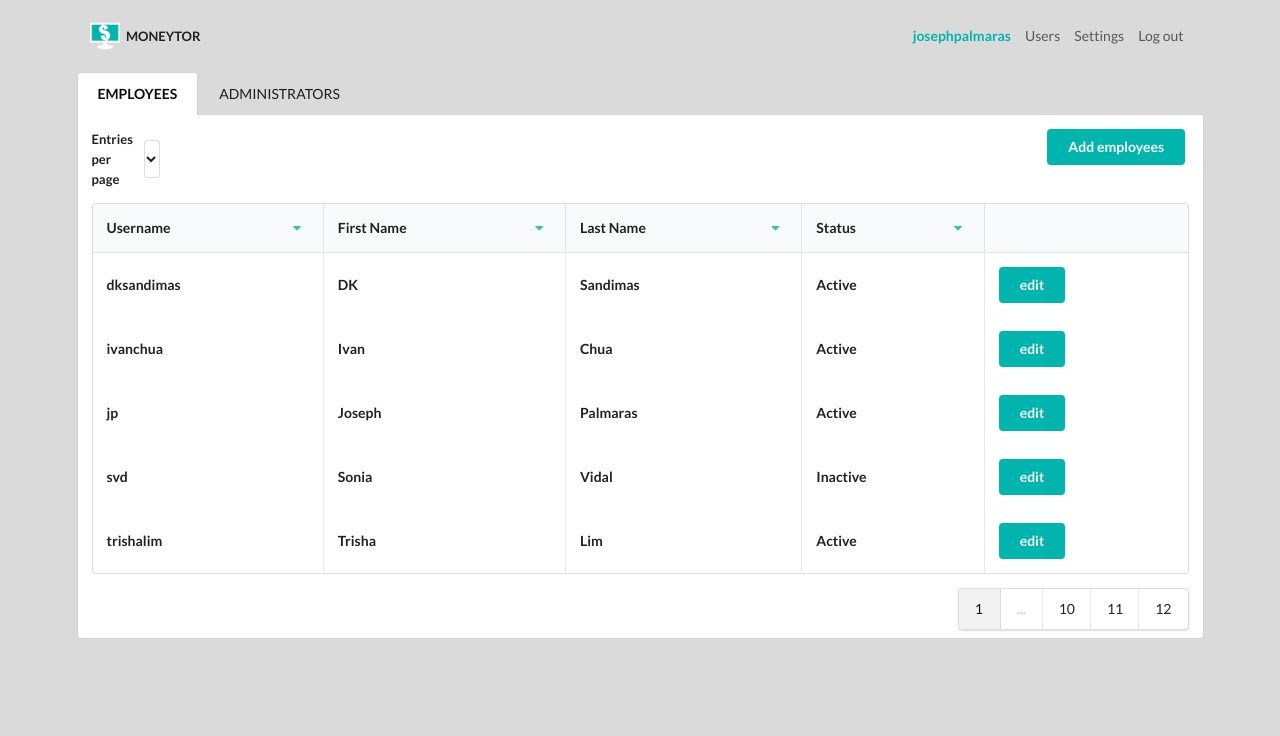
Repository: TV5/MoneyTor
Page: Workspace/MoneyTor/war/users.html
An editor plug-in stored every save of this project. The page is shown before and after the next save, followed by the edit.
The browser window is 1280 px wide. The pictures show the whole page.

Above is the page before, as saved 2015-10-08 05:47:35.

### Workspace/MoneyTor/war/users.html
<!DOCTYPE html>
<html>
<head>
<!-- Standard Meta -->
<meta charset="utf-8" />
<meta http-equiv="X-UA-Compatible" content="IE=edge,chrome=1" />
<meta name="viewport"
	content="width=device-width, initial-scale=1.0, maximum-scale=1.0">

<!-- Site Properities -->
<title>User Management</title>
<link rel="stylesheet" type="text/css" href="../dist/semantic.css">
<link rel="stylesheet" type="text/css" href="../dist/semantic.min.css">
<script src="assets/library/jquery.min.js"></script>
<script src="../dist/components/form.js"></script>
<script src="../dist/components/transition.js"></script>
<script src="../dist/components/tab.min.js"></script>
<script src="../dist/components/modal.min.js"></script>
<script src="../dist/components/dimmer.min.js"></script>
<script src="../dist/components/transition.min.js"></script>

<style type="text/css">
body {
	background-color: #DADADA;
}

body>.grid {
	height: 100%;
}

.image {
	margin-top: -100px;
}

.column {
	max-width: 450px;
}

.firstmenu {
	padding-left: 20px;
	padding-right: 20px;
	padding-top: 0px;
}

a {
	color: #00b5ad;
}

.link {
	color: #00b5ad !important;
}
  </style>
</head>
<body>

<div class="ui container">
	<div class="ui text menu firstmenu" width="100%">
	  <img src="assets/images/logo.png" style="width:30px;height:30px;margin-top:5px">
	  <div class="header item">MONEYTOR </div>


	  <div class="right menu">
	   <a class="item link">
	     <b>josephpalmaras</b>
	   </a>
	   <a class="item">
	     Users
	   </a>
	   <a id="settingsLink" class="item">
	     Settings
	   </a>
	   <a id="logoutLink" class="ui item">
	      Log out
	    </a>
	  </div>
	</div>
	<div class="ui top attached tabular menu">
	  <a data-tab="employeesTab" class="item active" >
	    EMPLOYEES
	  </a>
	  <a data-tab="administratorsTab" class="item">
	    ADMINISTRATORS
	  </a>
	</div>


		<div class="ui bottom attached tab segment active" data-tab="employeesTab" style="padding-bottom:50px">
			<div class="ui form ">
		  	<div class="inline fields" style="float:left">
		    <div class="wide field">
		      <label>Entries per page</label>
	      	  <select class="ui dropdown">
			  <option value="5">5</option>
			  <option value="10">10</option>
			  <option value="30">30</option>
			  <option value="100">100</option>
			  </select>
		    </div>

		    </div>
		    <div class="three wide feild" style="float:right">
			    <button class="ui button teal" id="addemployeeBtn">Add employees</button>
		    </div>
		  </div>
			<table class="ui celled padded table">
				<thead>
					<tr>
						<th>Username <i class="dropdown icon link"
							style="float: right"></i></th>
						<th>First Name <i class="dropdown icon link"
							style="float: right"></i></th>
						<th>Last Name <i class="dropdown icon link"
							style="float: right"></i></th>
						<th>Status <i class="dropdown icon link"
							style="float: right"></i></th>
						<th></th>
					</tr>
				</thead>
				<tbody>
					<tr>
						<th>dksandimas</th>
						<th>DK</th>
						<th>Sandimas</th>
						<th>Active</th>
						<th><button class="ui button teal" id="editemployeeBtn">edit</button></th>
					</tr>
					<tr>
						<th>ivanchua</th>
						<th>Ivan</th>
						<th>Chua</th>
						<th>Active</th>
						<th><button class="ui button teal" id="editemployeeBtn">edit</button></th>
					</tr>
					<tr>
						<th>jp</th>
						<th>Joseph</th>
						<th>Palmaras</th>
						<th>Active</th>
						<th><button class="ui button teal" id="editemployeeBtn">edit</button></th>
					</tr>
					<tr>
						<th>svd</th>
						<th>Sonia</th>
						<th>Vidal</th>
						<th>Inactive</th>
						<th><button class="ui button teal" id="editemployeeBtn">edit</button></th>
					</tr>
					<tr>
						<th>trishalim</th>
						<th>Trisha</th>
						<th>Lim</th>
						<th>Active</th>
						<th><button class="ui button teal" id="editemployeeBtn">edit</button></th>
					</tr>
				</tbody>
			</table>

			<div class="ui pagination menu right" style="float:right">
			  <a class="active item">
			    1
			  </a>
			  <div class="disabled item">
			    ...
			  </div>
			  <a class="item">
			    10
			  </a>
			  <a class="item">
			    11
			  </a>
			  <a class="item">
			    12
			  </a>
			</div>
		</div>
		<div class="ui bottom attached tab segment" data-tab="administratorsTab" style="padding-bottom:50px">
			<div class="ui form ">
		  	<div class="inline fields" style="float:left">
		    <div class="eleven wide field">
		      <label>Entries per page</label>
	      	  <select class="ui dropdown">
			  <option value="5">5</option>
			  <option value="10">10</option>
			  <option value="30">30</option>
			  <option value="100">100</option>
			  </select>
		    </div>

		    </div>
		    <div class="three wide feild" style="float:right">
			    <button class="ui button teal" id="addadministratorBtn">Add administrators</button>
		    </div>
		  </div>
			<table class="ui celled padded table">
				<thead>
					<tr>
						<th>Username <i class="dropdown icon link"
							style="float: right"></i></th>
						<th>First Name <i class="dropdown icon link"
							style="float: right"></i></th>
						<th>Last Name <i class="dropdown icon link"
							style="float: right"></i></th>
						<th></th>
					</tr>
				</thead>
				<tbody>
					<tr>
						<th>dksandimas</th>
						<th>DK</th>
						<th>Sandimas</th>
						<th><button class="ui button teal" id="editadministratorBtn">edit</button></th>
					</tr>
					<tr>
						<th>ivanchua</th>
						<th>Ivan</th>
						<th>Chua</th>
						<th><button class="ui button teal" id="editadministratorBtn">edit</button></th>
					</tr>
					<tr>
						<th>jp</th>
						<th>Joseph</th>
						<th>Palmaras</th>
						<th><button class="ui button teal" id="editadministratorBtn">edit</button></th>
					</tr>

				</tbody>
			</table>

			<div class="ui pagination menu right" style="float: right">
				<a class="active item"> 1 </a>
				<div class="disabled item">...</div>
				<a class="item"> 10 </a> <a class="item"> 11 </a> <a class="item">
					12 </a>
			</div>
		</div>
	</div>


		<!-- employee INFORMATION  -->
		<div id="addemployee" class="ui modal">
			<div class="header">Employee</div>
			<div class="content">
				<form class="ui form">

					<div class="inline fields">
						<div class="two wide field">
							<label>First Name</label>
						</div>
						<div class="seven wide field">
							<input type="text">
						</div>
					</div>

					<div class="inline fields">
						<div class="two wide field">
							<label>Last Name</label>
						</div>
						<div class="seven wide field">
							<input type="text">
						</div>
					</div>

					<div class="inline fields">
						<div class="two wide field">
							<label>Username</label>
						</div>
						<div class="seven wide field">
							<input type="text">
						</div>
					</div>

					<div class="inline fields">
						<div class="two wide field">
							<label>Password</label>
						</div>
						<div class="seven wide field">
							<input type="number">
						</div>
					</div>

					<div class="inline fields">
						<div class="two wide field">
							<label>Confirm Password</label>
						</div>
						<div class="seven wide field">
							<input type="number">
						</div>
					</div>
				</form>
			</div>
			<div class="actions">
				<div class="ui approve button">Save</div>
				<div class="ui button">Add More</div>
				<div class="ui cancel button">Cancel</div>
			</div>
		</div>

		<!-- administrator INFORMATION  -->
		<div id="addadministrator" class="ui modal">
			<div class="header">Administrator</div>
			<div class="content">
				<form class="ui form">

					<div class="inline fields">
						<div class="two wide field">
							<label>First Name</label>
						</div>
						<div class="seven wide field">
							<input type="text">
						</div>
					</div>

					<div class="inline fields">
						<div class="two wide field">
							<label>Last Name</label>
						</div>
						<div class="seven wide field">
							<input type="text">
						</div>
					</div>

					<div class="inline fields">
						<div class="two wide field">
							<label>Username</label>
						</div>
						<div class="seven wide field">
							<input type="text">
						</div>
					</div>

					<div class="inline fields">
						<div class="two wide field">
							<label>Password</label>
						</div>
						<div class="seven wide field">
							<input type="number">
						</div>
					</div>

					<div class="inline fields">
						<div class="two wide field">
							<label>Confirm Password</label>
						</div>
						<div class="seven wide field">
							<input type="number">
						</div>
					</div>
				</form>
			</div>
			<div class="actions">
				<div class="ui approve button">Save</div>
				<div class="ui button">Add More</div>
				<div class="ui cancel button">Cancel</div>
			</div>
		</div>

<!-- edit employee INFORMATION  -->
		<div id="editemployee" class="ui modal">
			<div class="header">employee</div>
			<div class="content">
				<form class="ui form">

					<div class="inline fields">
						<div class="two wide field">
							<label>First Name</label>
						</div>
						<div class="seven wide field">
							<input type="text" value="Trisha">
						</div>
					</div>

					<div class="inline fields">
						<div class="two wide field">
							<label>Last Name</label>
						</div>
						<div class="seven wide field">
							<input type="text" value="Lim">
						</div>
					</div>

					<div class="inline fields">
						<div class="two wide field">
							<label>Username</label>
						</div>
						<div class="seven wide field">
							<input type="text" value="trishalim">
						</div>
					</div>

					<div class="inline fields">
						<div class="two wide field">
							<label>Password</label>
						</div>
						<div class="seven wide field">
							<input type="number" value="*******">
						</div>
					</div>

					<div class="inline fields">
						<div class="two wide field">
							<label>Confirm Password</label>
						</div>
						<div class="seven wide field">
							<input type="number">
						</div>
					</div>
				</form>
			</div>
			<div class="actions">
				<div class="ui approve button">Save</div>
				<div class="ui button">Change Status</div>
				<div class="ui cancel button">Cancel</div>
			</div>
		</div>

		<!-- edit administrator INFORMATION  -->
		<div id="editadministrator" class="ui modal">
			<div class="header">Administrator</div>
			<div class="content">
				<form class="ui form">

					<div class="inline fields">
						<div class="two wide field">
							<label>First Name</label>
						</div>
						<div class="seven wide field">
							<input type="text" value="Trisha">
						</div>
					</div>

					<div class="inline fields">
						<div class="two wide field">
							<label>Last Name</label>
						</div>
						<div class="seven wide field">
							<input type="text" value="Lim">
						</div>
					</div>

					<div class="inline fields">
						<div class="two wide field">
							<label>Username</label>
						</div>
						<div class="seven wide field">
							<input type="text" value="trishalim">
						</div>
					</div>

					<div class="inline fields">
						<div class="two wide field">
							<label>Password</label>
						</div>
						<div class="seven wide field">
							<input type="number" value="*******">
						</div>
					</div>

					<div class="inline fields">
						<div class="two wide field">
							<label>Confirm Password</label>
						</div>
						<div class="seven wide field">
							<input type="number">
						</div>
					</div>
				</form>
			</div>
			<div class="actions">
				<div class="ui approve button">Save</div>
				<div class="ui button">Change Status</div>
				<div class="ui cancel button">Cancel</div>
			</div>
		</div>

		<div id="logout" class="ui small test modal transition"
			style="margin-top: -92.5px;">
			<div class="header">Log out</div>
			<div class="content">
				<p>Are you sure you want to log out of your account</p>
			</div>
			<div class="actions">
				<div class="ui negative button">No</div>
				<div class="ui positive right labeled icon button">
					Yes <i class="checkmark icon"></i>
				</div>
			</div>
		</div>

</div>

<!-- RECEIVABLE INFORMATION -->
<div id="addReceivable" class="ui modal">
  <div class="header">Account Receivable</div>
  <div class="content">
    <form class="ui form">

    	<div class="inline fields">
		    <div class="two wide field">
		      <label>administrator Name</label>
		    </div>
		    <div class="fourteen wide field">
		      <input type="text">
		    </div>
		</div>

    	<div class="inline fields">
		    <div class="two wide field">
		      <label>Official Receipt Number</label>
		    </div>
		    <div class="fourteen wide field">
		      <input type="text">
		    </div>
		</div>

		<div class="inline fields">
		    <div class="two wide field">
		      <label>Amount</label>
		    </div>
		    <div class="fourteen wide field">
		      <input type="number">
		    </div>
		</div>

		<div class="inline fields">
		    <div class="two wide field">
		      <label>Transaction Date</label>
		    </div>
		    <div class="fourteen wide field">
		      <input type="date">
		    </div>
		</div>

		<div class="inline fields">
		    <div class="two wide field">
		      <label>Due Date</label>
		    </div>
		    <div class="fourteen wide field">
		      <input type="date">
		    </div>
		</div>


    </form>
  </div>
  <div class="actions">
    <div class="ui approve button teal">Save</div>
    <div class="ui button teal">Add More</div>
    <div class="ui cancel button teal">Cancel</div>
  </div>
</div>

<!-- PAYABLE INFORMATION -->
<div id="addPayable" class="ui modal">
  <div class="header">Account Payable</div>
  <div class="content">
    <form class="ui form">

    	<div class="inline fields">
		    <div class="two wide field">
		      <label>Employee Name</label>
		    </div>
		    <div class="fourteen wide field">
		      <input type="text">
		    </div>
		</div>

    	<div class="inline fields">
		    <div class="two wide field">
		      <label>Official Receipt Number</label>
		    </div>
		    <div class="fourteen wide field">
		      <input type="text">
		    </div>
		</div>

		<div class="inline fields">
		    <div class="two wide field">
		      <label>Amount</label>
		    </div>
		    <div class="fourteen wide field">
		      <input type="number">
		    </div>
		</div>

		<div class="inline fields">
		    <div class="two wide field">
		      <label>Transaction Date</label>
		    </div>
		    <div class="fourteen wide field">
		      <input type="date">
		    </div>
		</div>

		<div class="inline fields">
		    <div class="two wide field">
		      <label>Due Date</label>
		    </div>
		    <div class="fourteen wide field">
		      <input type="date">
		    </div>
		</div>


    </form>
  </div>
  <div class="actions">
    <div class="ui approve button teal">Save</div>
    <div class="ui button teal">Add More</div>
    <div class="ui cancel button teal">Cancel</div>
  </div>
</div>


<!-- employee INFORMATION  -->
<div id="addemployee" class="ui modal">
  <div class="header">Employee</div>
  <div class="content">
    <form class="ui form">

    	<div class="inline fields">
		    <div class="two wide field">
		      <label>Name</label>
		    </div>
		    <div class="fourteen wide field">
		      <input type="text">
		    </div>
		</div>

    	<div class="inline fields">
		    <div class="two wide field">
		      <label>Address</label>
		    </div>
		    <div class="fourteen wide field">
		      <input type="text">
		    </div>
		</div>

    	<div class="inline fields">
		    <div class="two wide field">
		      <label>Contact Number</label>
		    </div>
		    <div class="fourteen wide field">
		      <input type="text">
		    </div>
		</div>

    	<div class="inline fields">
		    <div class="two wide field">
		      <label>Terms</label>
		    </div>
		    <div class="seven wide field">
		      <input type="number">
		    </div>
		    <div class="seven wide field">
		      <select class="ui fluid dropdown">
    			<option value="">days</option>
    			<option value="">weeks</option>
    			<option value="">months</option>
    			<option value="">years</option>
    		  </select>
		    </div>
		</div>

    </form>
  </div>
  <div class="actions">
    <div class="ui approve button">Save</div>
    <div class="ui button">Add More</div>
    <div class="ui cancel button">Cancel</div>
  </div>
</div>

<!-- administrator INFORMATION  -->
<div id="addadministrator" class="ui modal">
  <div class="header">Administrator</div>
  <div class="content">
    <form class="ui form">

    	<div class="inline fields">
		    <div class="two wide field">
		      <label>Name</label>
		    </div>
		    <div class="fourteen wide field">
		      <input type="text">
		    </div>
		</div>

    	<div class="inline fields">
		    <div class="two wide field">
		      <label>Address</label>
		    </div>
		    <div class="fourteen wide field">
		      <input type="text">
		    </div>
		</div>

    	<div class="inline fields">
		    <div class="two wide field">
		      <label>Contact Number</label>
		    </div>
		    <div class="fourteen wide field">
		      <input type="text">
		    </div>
		</div>

    	<div class="inline fields">
		    <div class="two wide field">
		      <label>Terms</label>
		    </div>
		    <div class="seven wide field">
		      <input type="number">
		    </div>
		    <div class="seven wide field">
		      <select class="ui fluid dropdown">
    			<option value="">days</option>
    			<option value="">weeks</option>
    			<option value="">months</option>
    			<option value="">years</option>
    		  </select>
		    </div>
		</div>

    </form>
  </div>
  <div class="actions">
    <div class="ui approve button">Save</div>
    <div class="ui button">Add More</div>
    <div class="ui cancel button">Cancel</div>
  </div>
</div>
<div id="userSettings" class="ui modal">
  <div class="header">User Settings</div>
  <div class="content">
    <form class="ui form">

    	<div class="inline fields">
		    <div class="two wide field">
		      <label>Username</label>
		    </div>
		    <div class="eight wide field">
		      <label id="username">josephpalmaras</label>
		      <input id="usernametxt" type="text" value="josephpalmaras" disabled/>
		    </div>
		</div>
		<div class="inline fields">
		    <div class="two wide field">
		      <label>First Name</label>
		    </div>
		    <div class="eight wide field">
		    	<label id="fname">Joseph Gabriell</label>
		      <input id="fnametxt" type="text" value="Joseph Gabriell"/>
		    </div>
		</div>
		<div class="inline fields">
		    <div class="two wide field">
		      <label>Last Name</label>
		    </div>
		    <div class="eight wide field">
		    	<label id="lname">Palmaras</label>
		      <input id="lnametxt" type="text" value="Palmaras"/>
		    </div>
		</div>
		<div id="currPass" class="inline fields">
		    <div class="two wide field">
		      <label>Password</label>
		    </div>
		    <div class="eight wide field">
		      <text>********</text> <a id="changepass" href="#" onclick="changePassword()">change password</a>
		    </div>
		</div>
		<div id="newPass">
			<div class="inline fields">
			    <div class="two wide field">
			      <label>Current Password</label>
			    </div>
			    <div class="eight wide field">
			      <input type="text"/>
			    </div>
			</div>
			<div class="inline fields">
			    <div class="two wide field">
			      <label>New Password</label>
			    </div>
			    <div class="eight wide field">
			      <input type="text"/>
			    </div>
			</div>
			<div class="inline fields">
			    <div class="two wide field">
			      <label>Confirm New Password</label>
			    </div>
			    <div class="eight wide field">
			      <input type="text"/>
			    </div>
			</div>
		</div>
    </form>
  </div>
		<div class="actions">
			<div id="editBtn" class="ui button teal" onclick="edit()">Edit</div>
			<div id="saveBtn" class="ui button teal" onclick="edit()">Save</div>
		    <div class="ui cancel button teal" onclick="cancelEdit()">Cancel</div>
		</div>
</div>
<div id="logout" class="ui small test modal transition" style="margin-top: -92.5px;">
    <div class="header">
      Log out
    </div>
    <div class="content">
      <p>Are you sure you want to log out of your account</p>
    </div>
    <div class="actions">
      <div class="ui negative button">
        No
      </div>
      <div class="ui positive right labeled icon button">
        Yes
        <i class="checkmark icon"></i>
      </div>
    </div>
  </div>
</div>
</body>
<script type="text/javascript">
	  //user settings
	$('#fnametxt').hide();
	$('#usernametxt').hide();
	$('#lnametxt').hide();
	$('#changepass').hide();
	$('#saveBtn').hide();
	$('#newPass').hide();

	function edit(){
		$('#saveBtn').toggle();
		$('#username').toggle();
		$('#fname').toggle();
		$('#lname').toggle();
		$('#usernametxt').toggle();
		$('#fnametxt').toggle();
		$('#lnametxt').toggle();
		$('#editBtn').toggle();
		$('#changepass').toggle();
	}

	function changePassword(){
		$('#currPass').toggle();
		$('#newPass').toggle();
	}

	function cancelEdit(){
		$('#saveBtn').toggle();
		$('#username').toggle();
		$('#fname').toggle();
		$('#lname').toggle();
		$('#usernametxt').toggle();
		$('#fnametxt').toggle();
		$('#lnametxt').toggle();
		$('#editBtn').toggle();
		$('#changepass').toggle();
		$('#currPass').toggle();
		$('#newPass').toggle();
	}
	//-----end user settings
	$('.top.menu .item').tab();

	$('#addemployeeBtn').click(function(){
		$('#addemployee').modal('show');
	});

	$('#addadministratorBtn').click(function(){
		$('#addadministrator').modal('show');
	});

	$('#editemployeeBtn').click(function() {
		$('#editemployee').modal('show');
	});

	$('#editadministratorBtn').click(function() {
		$('#editadministrator').modal('show');
	});

	$('#settingsLink').click(function(){

		$('#userSettings').modal('show');
	});

	$('#logoutLink').click(function(){
		$('#logout').modal('show');
	});

</script>
</html>

Loaded but not shown: Workspace/MoneyTor/war/dist/semantic.css (library); Workspace/MoneyTor/war/dist/semantic.min.css (library); Workspace/MoneyTor/war/assets/library/jquery.min.js (library); Workspace/MoneyTor/war/dist/components/tab.min.js (library); Workspace/MoneyTor/war/dist/components/modal.min.js (library); Workspace/MoneyTor/war/dist/components/dimmer.min.js (library); Workspace/MoneyTor/war/dist/components/transition.min.js (library); Workspace/MoneyTor/war/dist/components/form.js (1308 lines, source omitted); Workspace/MoneyTor/war/dist/components/transition.js (1072 lines, source omitted)

After the next save:
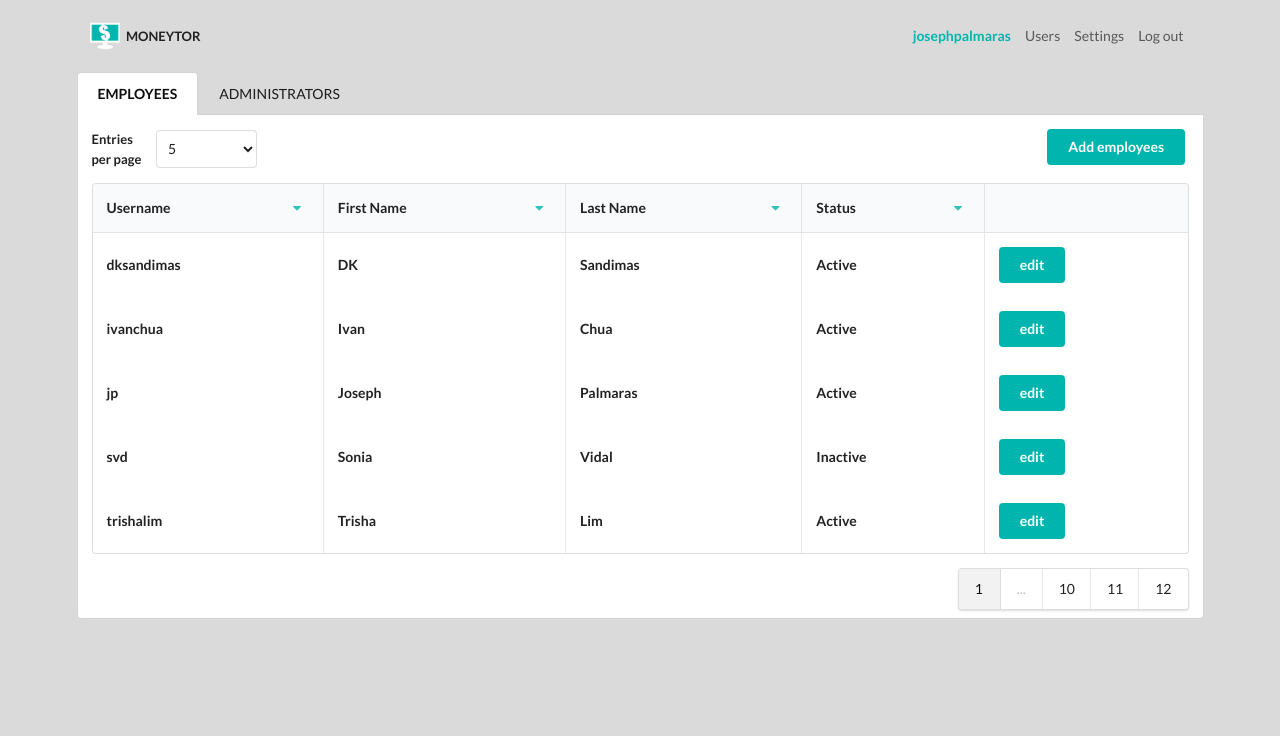
Saved 6 s later.
--- a/Workspace/MoneyTor/war/users.html
+++ b/Workspace/MoneyTor/war/users.html
@@ -87,7 +87,7 @@ a {
 		<div class="ui bottom attached tab segment active" data-tab="employeesTab" style="padding-bottom:50px">
 			<div class="ui form ">
 		  	<div class="inline fields" style="float:left">
-		    <div class="wide field">
+		    <div class="sixteen wide field">
 		      <label>Entries per page</label>
 	      	  <select class="ui dropdown">
 			  <option value="5">5</option>
